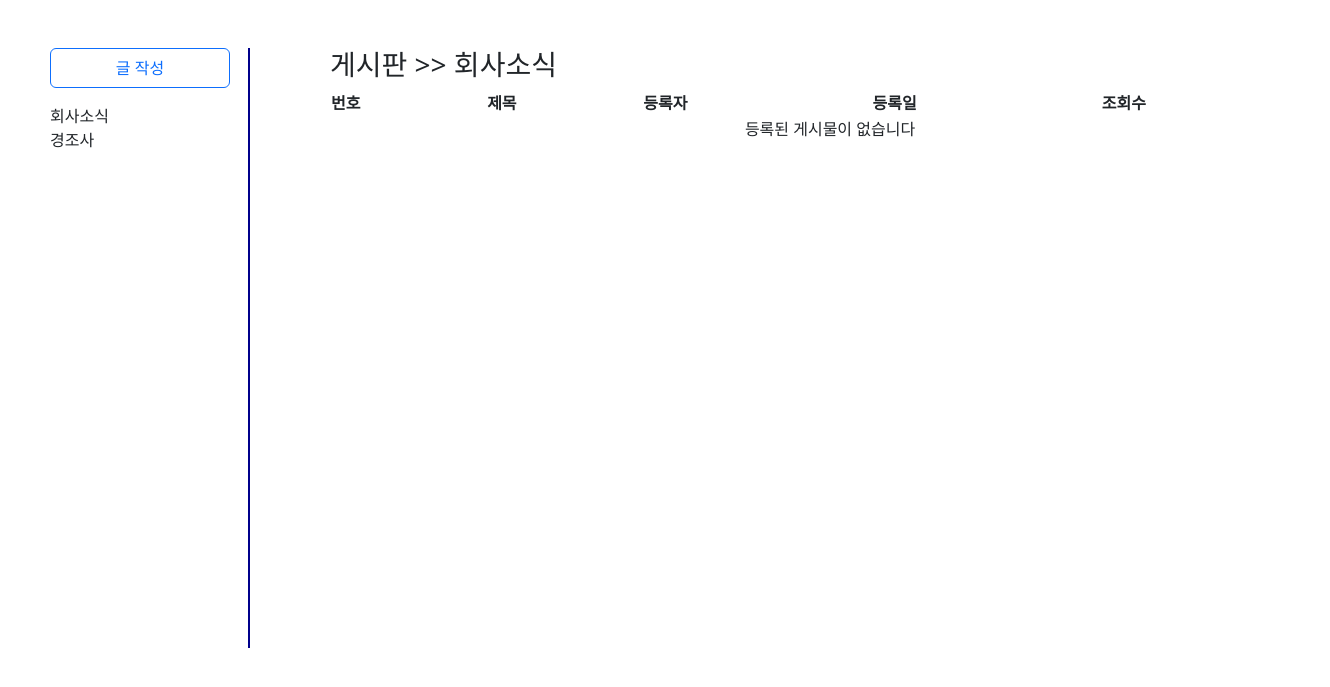
Repository: KimDongGyuu/final
Page: http://localhost/aceworks/WEB-INF/views/company_news/company_news_List.jsp
These files come from the project's save history. The page is drawn as it stood at one moment and after the next save; the edit follows.
The browser window is 1280 px wide. The page is 1330 px wide, then 1280 px, so the pictures cover 1330 px, including what lies to the right of the window. The pictures show the whole page.
The page is served by Tomcat 9. Nobody is signed in. The template is opened directly, without the code that normally fills it, so the values that code supplies are empty.

Above is the page before, as saved 2024-03-15 11:51:34.

After the next save:
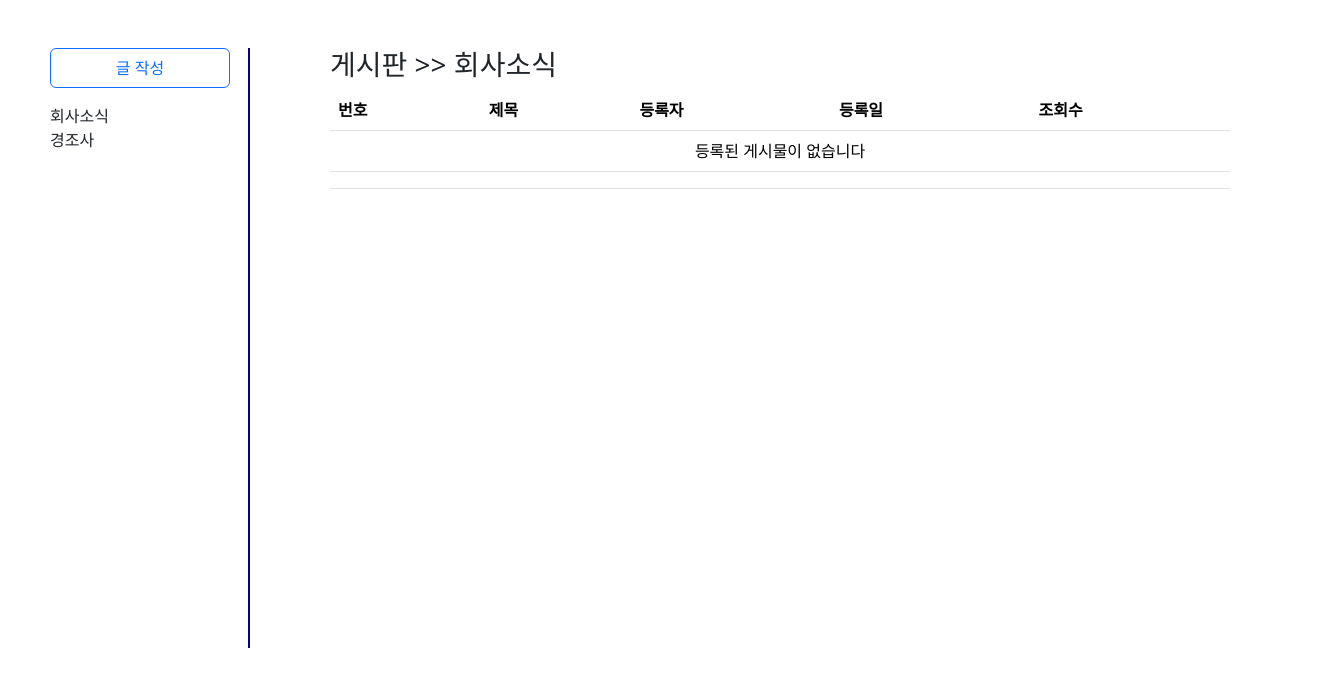
Saved 66 s later.
--- a/aceworks/src/main/webapp/WEB-INF/views/company_news/company_news_List.jsp
+++ b/aceworks/src/main/webapp/WEB-INF/views/company_news/company_news_List.jsp
@@ -43,7 +43,7 @@ h3 {
 		</div>
 		<div id="right">
 		<div class="mt-5 mb-2"><span class="h3">게시판 &gt;&gt; 회사소식</span></div>
-			<table width="1000" cellspacing="0">
+			<table width="1000" cellspacing="0" class="table">
 				<thead>
 					<tr>
 						<th scope="col">번호</th>
